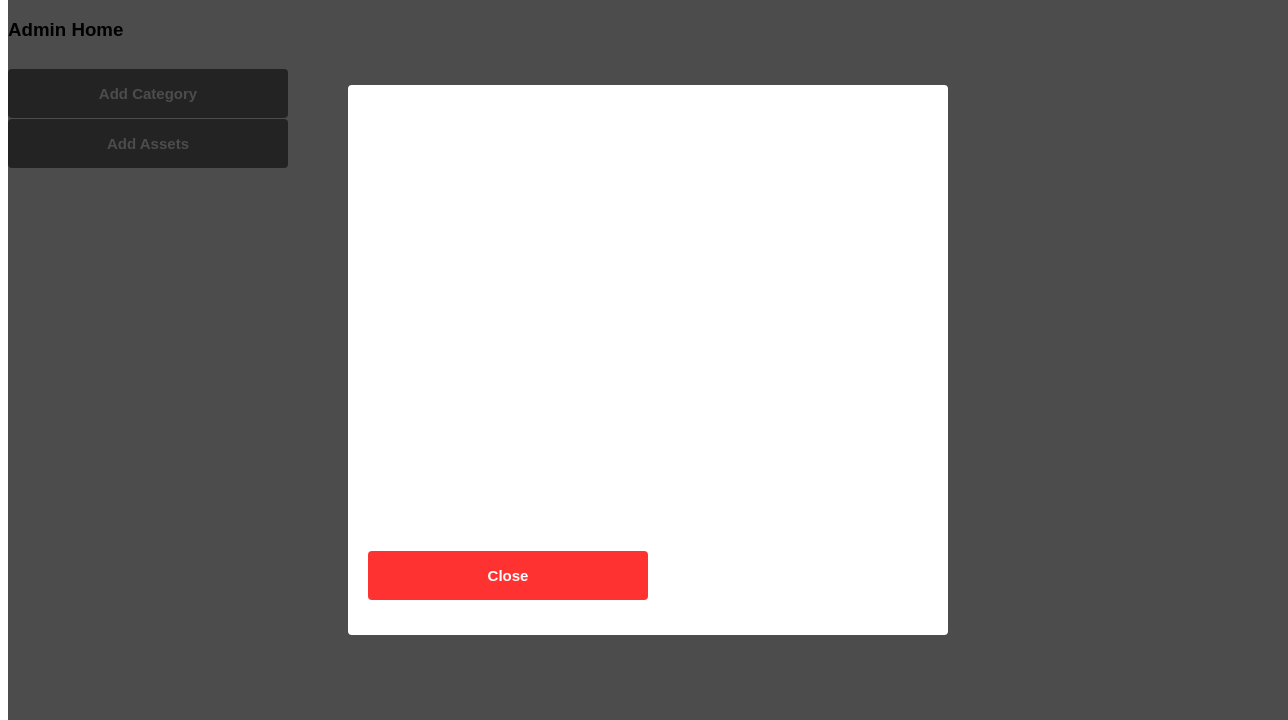
Repository: DhruvKaushal/CodeFury_404Found
Page: http://localhost/e-assets/assetadded.jsp
These files come from the project's save history. The page is drawn as it stood at one moment and after the next save; the edit follows.
The browser window is 1280 px wide. The page is 1288 px wide, so the pictures cover 1288 px, including what lies to the right of the window. The pictures show the whole page.
The page is served by Tomcat 9.

Above is the page before, as saved 2020-10-05 10:37:35.

After the next save:
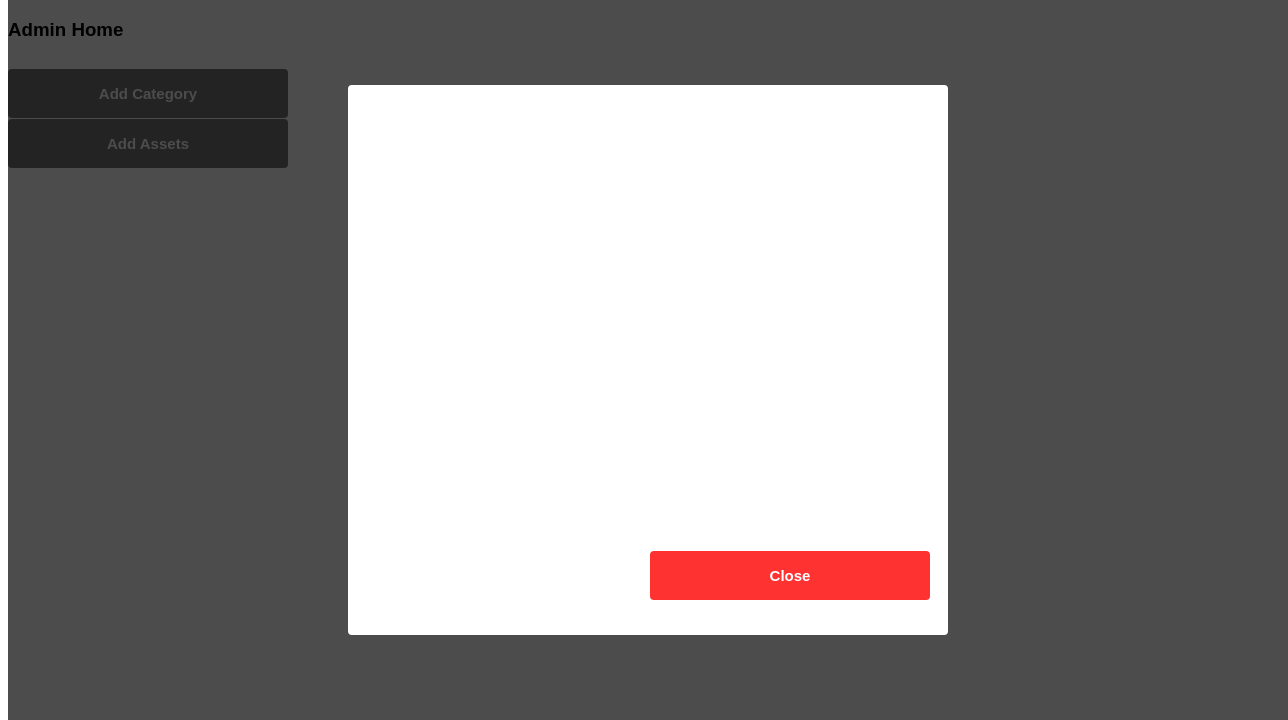
Saved 39 s later.
--- a/Aditya's New/E-Assets-Management/e-assets/WebContent/addassets.css
+++ b/Aditya's New/E-Assets-Management/e-assets/WebContent/addassets.css
@@ -46,7 +46,7 @@ body {font-family: Arial, Helvetica, sans-serif;}
   position: absolute;
   bottom: 35px;
 
-
+  margin-left:47%;
   font-weight: bold;
   font-size: 15px;
   display:block;
